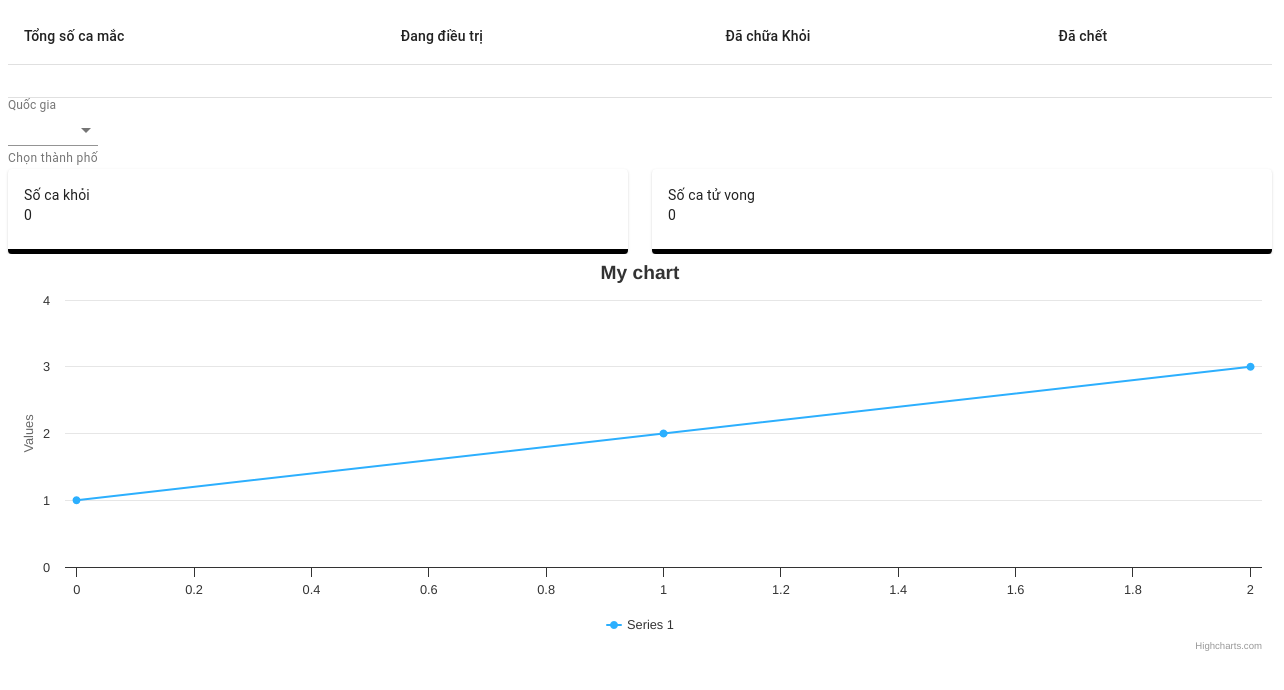
Repository: hdongqt/covidin
Page: /
These files come from the project's save history. The page is drawn as it stood at one moment and after the next save; the edit follows.
The browser window is 1280 px wide. The page is 1284 px wide, so the pictures cover 1284 px, including what lies to the right of the window. The pictures show the whole page.
The page's requests for data from a server got no answer. The project was rebuilt for these pictures with package versions that can differ from the ones it lists, and the page was loaded fresh each time. No one was signed in, and anything a server would have sent is missing. Also part of the build but not shown: src/App.css.

Above is the page before, as saved 2021-08-02 10:21:31.

After the next save:
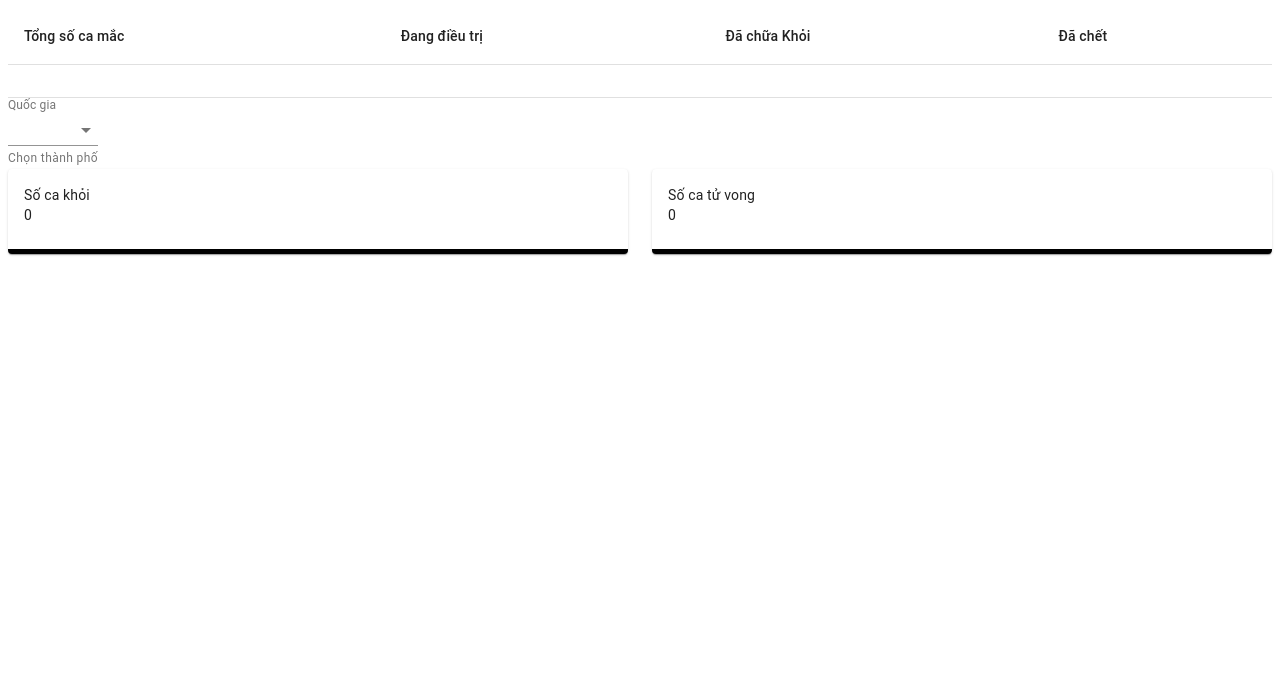
Saved 35 s later.
--- a/src/components/HighMaps/index.js
+++ b/src/components/HighMaps/index.js
@@ -4,6 +4,8 @@ import React from 'react'
 import Highcharts from 'highcharts'
 import HighchartsReact from 'highcharts-react-official'
 import highchartsMap from 'highcharts/modules/map';
+
+
 const options = {
   title: {
     text: 'My chart'
@@ -18,6 +20,7 @@ export default function HighMaps() {
     <HighchartsReact
     highcharts={Highcharts}
     options={options}
+    constructorType={'mapChart'}
   />
   )
 }
